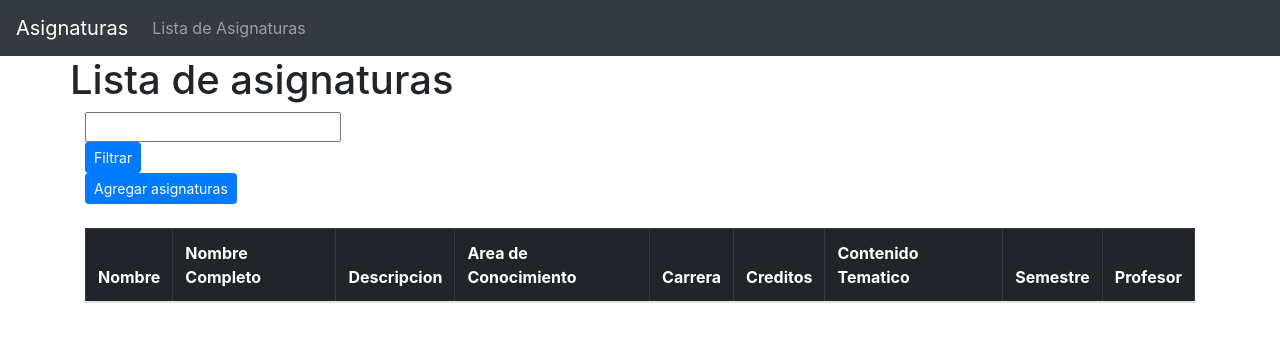
Repository: HennysTous/SpringBoot-MVC-API
Page: http://localhost/asignaturas
These files come from the project's save history. The page is drawn as it stood at one moment and after the next save; the edit follows.
The browser window is 1280 px wide. The pictures show the whole page.
The page is this project's Thymeleaf template; nobody is signed in. The template is opened directly, without the code that normally fills it, so the values that code supplies are empty.

Above is the page before, as saved 2023-07-10 16:44:17.

After the next save:
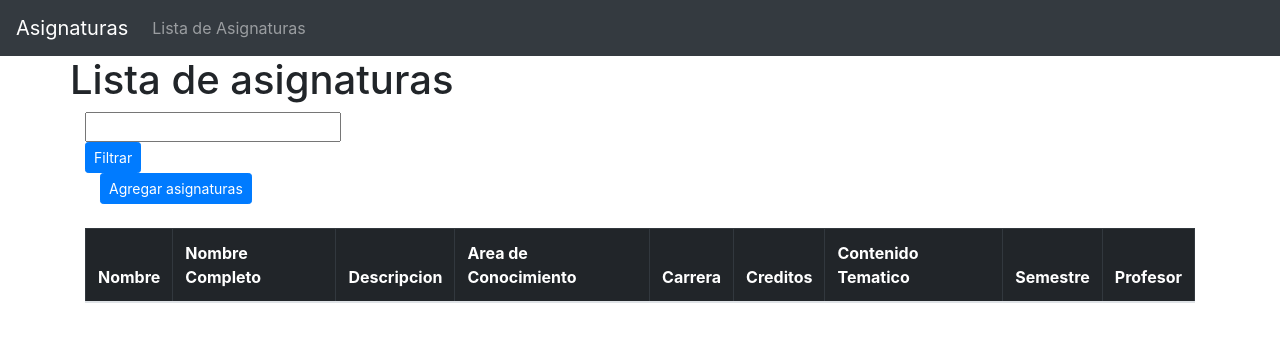
Saved 92 s later.
--- a/AsignaturasCRUDMVC/src/main/resources/templates/asignaturas.html
+++ b/AsignaturasCRUDMVC/src/main/resources/templates/asignaturas.html
@@ -31,11 +31,9 @@
 				 <input id="txtFiltrar" type="text" name="filtrar">
 				 <button type="submit" class="btn btn-primary btn-sm mb3">Filtrar</button>
 			 </form>
+			 <div class="col-lg-3">
+		     <a th:href="@{/asignaturas/nuevo}" class="btn btn-primary btn-sm mb3">Agregar asignaturas</a>
 		   </div>
-		</div>
-		<div class="row">
-		   <div class="col-lg-3">
-		     <a th:href="@{/asignaturas/nuevo}" class="btn btn-primary btn-sm mb3">Agregar asignaturas</a>
 		   </div>
 		</div>
 
